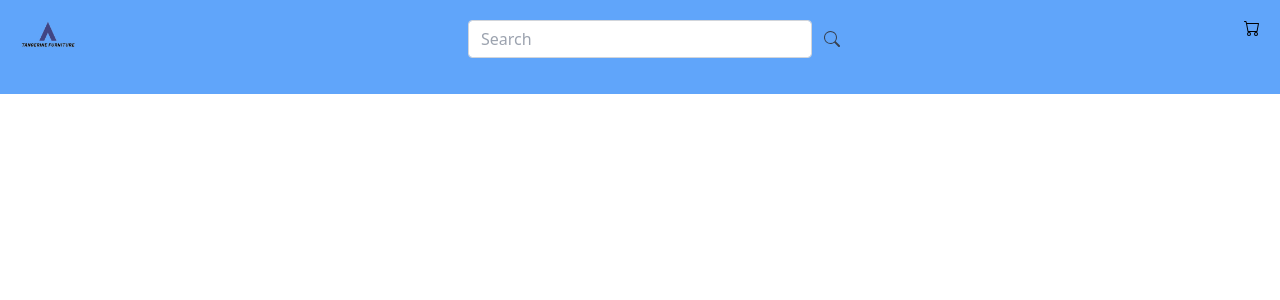
Repository: DevLaukey/Jitu-final
Page: / (app in frontend/)
An editor plug-in stored every save of this project. The page is shown before and after the next save, followed by the edit.
The browser window is 1280 px wide. The pictures show the whole page.
The project was rebuilt for these pictures with package versions that can differ from the ones it lists, and the page was loaded fresh each time.

Above is the page before, as saved 2022-07-13 13:03:55.

### frontend/src/index.js
import React from 'react';
import ReactDOM from 'react-dom/client';
import './index.css';
import App from './App';
import {store } from './redux/store';
import {Provider} from 'react-redux';
const root = ReactDOM.createRoot(document.getElementById('root'));
root.render(
  <Provider store={store}>
    <App />
  </Provider>
);

### frontend/src/App.js
import Navbar from "./components/Navbar";

function App() {
  return (
    <div className="">
    <Navbar />
    </div>
  );
}

export default App;

### frontend/src/components/Navbar.js
import React from "react";
import logo from "./free-logo-24a54uqo7g-d1y96agntq-removebg-preview.png";
import { BsCart, BsSearch } from "react-icons/bs";
function Navbar() {
  return (
    <header className="flex justify-between align-middle  p-5 bg-blue-400">
      <div className="">
        <img
          onClick={() => {
            console.log("clicked");
          }}
          className="h-15 w-14"
          src={logo}
          alt=""
          srcset=""
        />
      </div>
      <div class="flex justify-center">
        <div class="xl:w-96">
          <div class="input-group relative flex  items-stretch w-full mb-4 rounded">
            <input
              type="search"
              class="form-control relative flex-auto min-w-0 block w-full px-3 py-1.5 text-base font-normal text-gray-700 bg-clip-padding border border-solid border-gray-300 rounded transition ease-in-out m-0 focus:text-gray-700 focus:bg-white focus:border-blue-600 focus:outline-none"
              placeholder="Search"
              aria-label="Search"
              aria-describedby="button-addon2"
            />
            <span
              class="input-group-text flex items-center px-3 py-1.5 text-base font-normal text-gray-700 text-center whitespace-nowrap rounded"
              id="basic-addon2"
            >
              <BsSearch />
            </span>
          </div>
        </div>
      </div>
      <div className="flex align-center">
        <BsCart />
      </div>
    </header>
  );
}

export default Navbar;

Loaded but not shown: frontend/public/index.html (common file); frontend/src/index.css (common file); frontend/src/redux/store.js (common file); frontend/tailwind.config.js (common file)

After the next save:
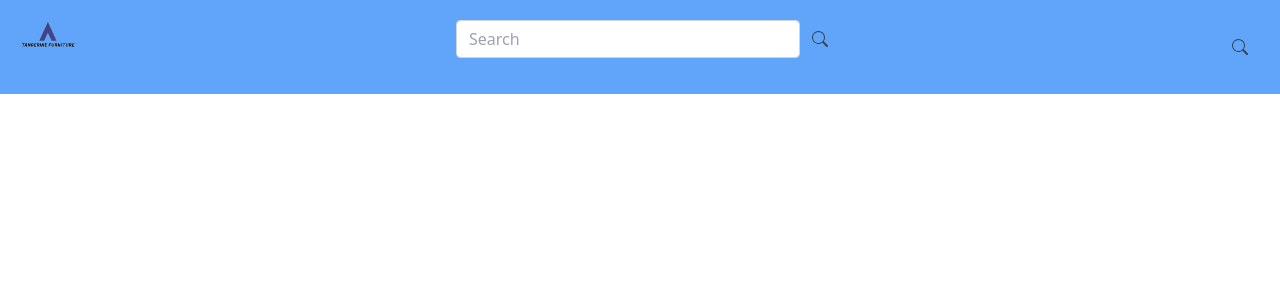
Saved 16 s later.
--- a/frontend/src/components/Navbar.js
+++ b/frontend/src/components/Navbar.js
@@ -35,7 +35,12 @@ function Navbar() {
         </div>
       </div>
       <div className="flex align-center">
-        <BsCart />
+        <span
+          class="input-group-text flex items-center px-3 py-1.5 text-base font-normal text-gray-700 text-center whitespace-nowrap rounded"
+          id="basic-addon2"
+        >
+          <BsSearch />
+        </span>
       </div>
     </header>
   );
